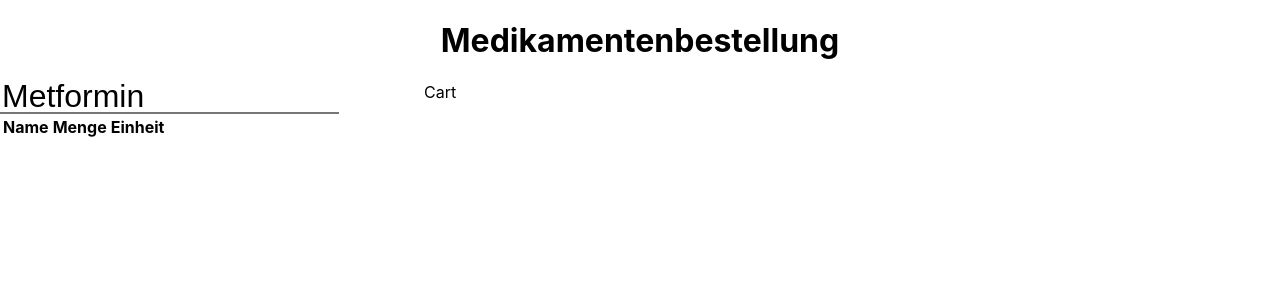
Repository: Esatollah/MedDemo
Page: / (app in client/)
An editor plug-in stored every save of this project. The page is shown before and after the next save, followed by the edit.
The browser window is 1280 px wide. The pictures show the whole page.
The page's requests for data from a server got no answer. The project was rebuilt for these pictures with package versions that can differ from the ones it lists, and the page was loaded fresh each time. No one was signed in, and anything a server would have sent is missing. Also part of the build but not shown: client/src/App.css.

Above is the page before, as saved 2022-05-31 22:29:54.

After the next save:
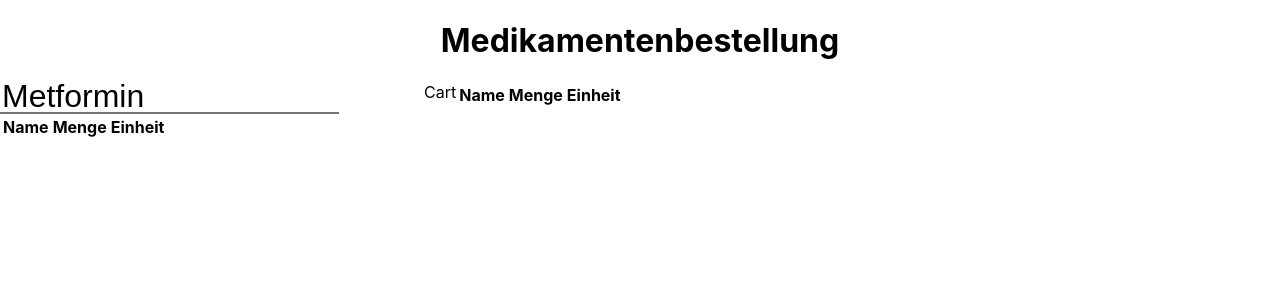
Saved 25 s later.
--- a/client/src/components/Search.jsx
+++ b/client/src/components/Search.jsx
@@ -63,7 +63,7 @@ const Search = () => {
 </div>
         </div>
         <Cart></Cart>
-{/*
+
         <table>
           <thead>
             <tr>
@@ -85,7 +85,7 @@ const Search = () => {
               )
             })}
           </tbody>
-        </ table> */}
+        </ table>
         </div>
     </>
     )
